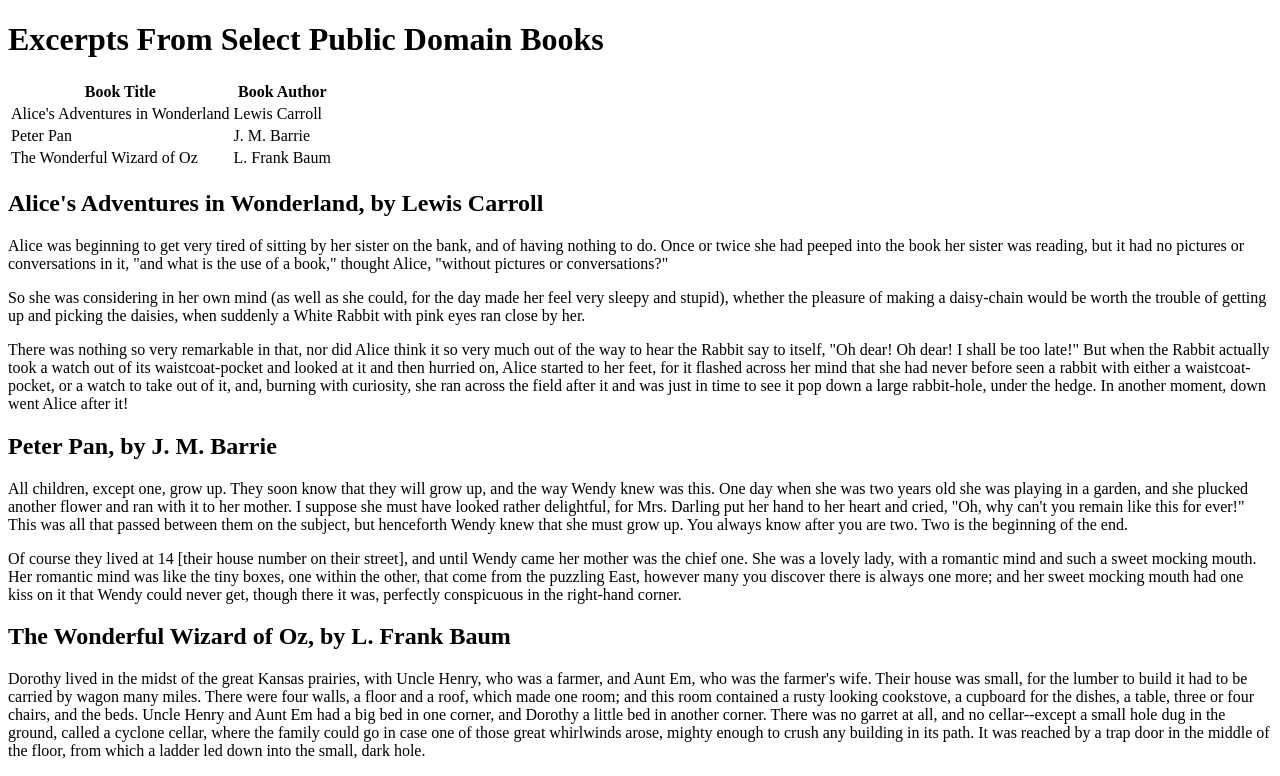
Repository: rishondass/ITMD361-Lab3
Page: index.html
These files come from the project's save history. The page is drawn as it stood at one moment and after the next save; the edit follows.
The browser window is 1280 px wide. The pictures show the whole page.

Above is the page before, as saved 2023-01-13 14:32:09.

### index.html
<!DOCTYPE html>
<html lang="en">
<head>
    <meta charset="UTF-8">
    <meta http-equiv="X-UA-Compatible" content="IE=edge">
    <meta name="viewport" content="width=device-width, initial-scale=1.0">
    <title>Excerpts From Select Public Domain Books</title>
</head>
<body>
    <h1>Excerpts From Select Public Domain Books</h1>
    <table>
        <thead>
            <tr>
                <th>
                    <strong>Book Title</strong>
                </th>
                <th>
                    <strong>Book Author</strong>
                </th>
            </tr>
        </thead>
        <tbody>
            <tr>
                <td>Alice's Adventures in Wonderland</td>
                <td>Lewis Carroll</td>
            </tr>
            <tr>
                <td>Peter Pan</td>
                <td>J. M. Barrie</td>
            </tr>
            <tr>
                <td>The Wonderful Wizard of Oz</td>
                <td>L. Frank Baum</td>
            </tr>
        </tbody>
    </table>

    <h2>Alice's Adventures in Wonderland, by Lewis Carroll</h2>
    <p>
        Alice was beginning to get very tired of sitting by her sister on the bank, and of having nothing to do. Once or twice she had peeped into the book her sister was reading, but it had no pictures or conversations in it, "and what is the use of a book," thought Alice, "without pictures or conversations?"
    </p>
    <p>
        So she was considering in her own mind (as well as she could, for the day made her feel very sleepy and stupid), whether the pleasure of making a daisy-chain would be worth the trouble of getting up and picking the daisies, when suddenly a White Rabbit with pink eyes ran close by her.
    </p>
    <p>
        There was nothing so very remarkable in that, nor did Alice think it so very much out of the way to hear the Rabbit say to itself, "Oh dear! Oh dear! I shall be too late!" But when the Rabbit actually took a watch out of its waistcoat-pocket and looked at it and then hurried on, Alice started to her feet, for it flashed across her mind that she had never before seen a rabbit with either a waistcoat-pocket, or a watch to take out of it, and, burning with curiosity, she ran across the field after it and was just in time to see it pop down a large rabbit-hole, under the hedge. In another moment, down went Alice after it!
    </p>
    <h2>Peter Pan, by J. M. Barrie</h2>
    <p>
        All children, except one, grow up. They soon know that they will grow up, and the way Wendy knew was this. One day when she was two years old she was playing in a garden, and she plucked another flower and ran with it to her mother. I suppose she must have looked rather delightful, for Mrs. Darling put her hand to her heart and cried, "Oh, why can't you remain like this for ever!" This was all that passed between them on the subject, but henceforth Wendy knew that she must grow up. You always know after you are two. Two is the beginning of the end.
    </p>
    <p>
        Of course they lived at 14 [their house number on their street], and until Wendy came her mother was the chief one. She was a lovely lady, with a romantic mind and such a sweet mocking mouth. Her romantic mind was like the tiny boxes, one within the other, that come from the puzzling East, however many you discover there is always one more; and her sweet mocking mouth had one kiss on it that Wendy could never get, though there it was, perfectly conspicuous in the right-hand corner.

    </p>
    <h2>The Wonderful Wizard of Oz, by L. Frank Baum</h2>
    <p>
        Dorothy lived in the midst of the great Kansas prairies, with Uncle Henry, who was a farmer, and Aunt Em, who was the farmer's wife.  Their house was small, for the lumber to build it had to be carried by wagon many miles.  There were four walls, a floor and a roof, which made one room; and this room contained a rusty looking cookstove, a cupboard for the dishes, a table, three or four chairs, and the beds.  Uncle Henry and Aunt Em had a big bed in one corner, and Dorothy a little bed in another corner.  There was no garret at all, and no cellar--except a small hole dug in the ground, called a cyclone cellar, where the family could go in case one of those great whirlwinds arose, mighty enough to crush any building in its path.  It was reached by a trap door in the middle of the floor, from which a ladder led down into the small, dark hole.
    </p>
</body>
</html>

After the next save:
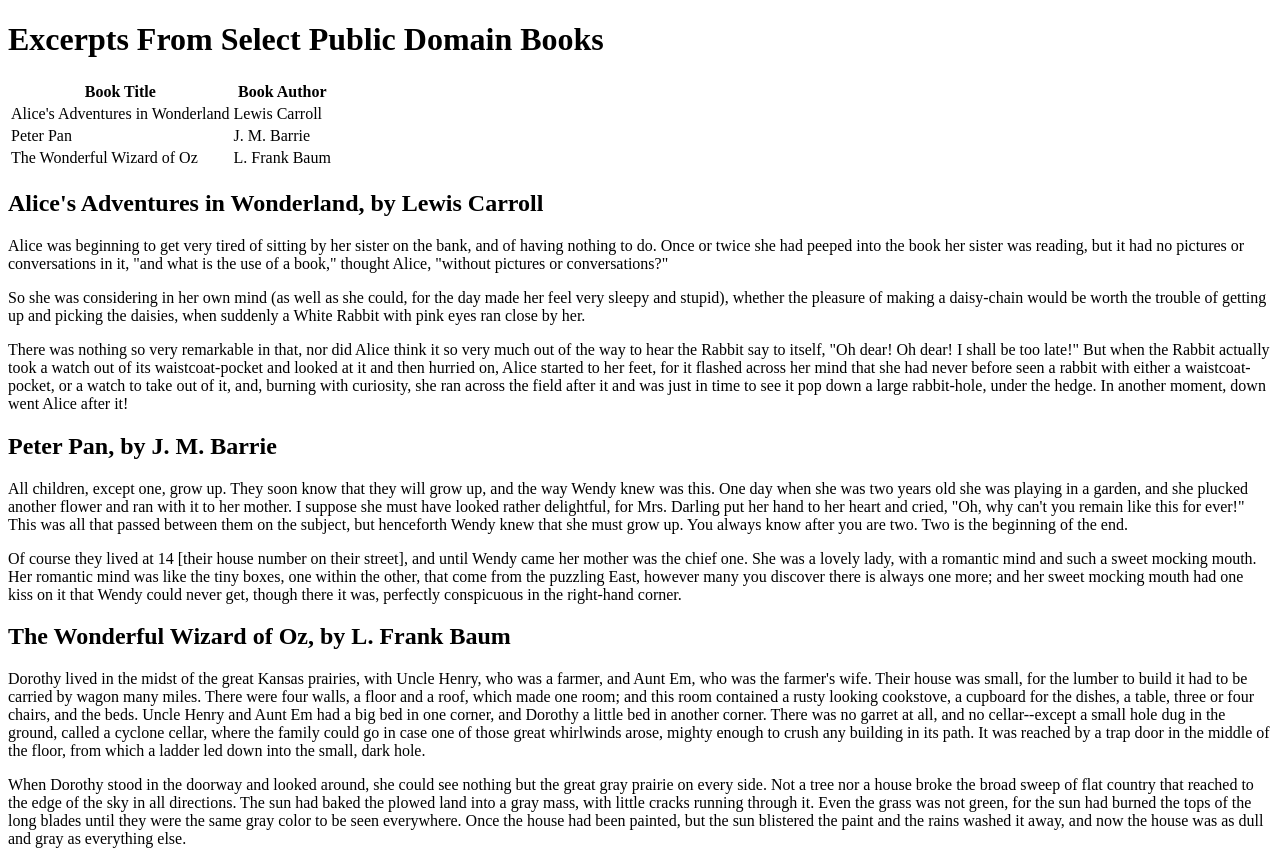
Saved 8 s later.
--- a/index.html
+++ b/index.html
@@ -57,5 +57,8 @@
     <p>
         Dorothy lived in the midst of the great Kansas prairies, with Uncle Henry, who was a farmer, and Aunt Em, who was the farmer's wife.  Their house was small, for the lumber to build it had to be carried by wagon many miles.  There were four walls, a floor and a roof, which made one room; and this room contained a rusty looking cookstove, a cupboard for the dishes, a table, three or four chairs, and the beds.  Uncle Henry and Aunt Em had a big bed in one corner, and Dorothy a little bed in another corner.  There was no garret at all, and no cellar--except a small hole dug in the ground, called a cyclone cellar, where the family could go in case one of those great whirlwinds arose, mighty enough to crush any building in its path.  It was reached by a trap door in the middle of the floor, from which a ladder led down into the small, dark hole.
     </p>
+    <p>
+        When Dorothy stood in the doorway and looked around, she could see nothing but the great gray prairie on every side.  Not a tree nor a house broke the broad sweep of flat country that reached to the edge of the sky in all directions.  The sun had baked the plowed land into a gray mass, with little cracks running through it.  Even the grass was not green, for the sun had burned the tops of the long blades until they were the same gray color to be seen everywhere.  Once the house had been painted, but the sun blistered the paint and the rains washed it away, and now the house was as dull and gray as everything else.
+    </p>
 </body>
 </html>
